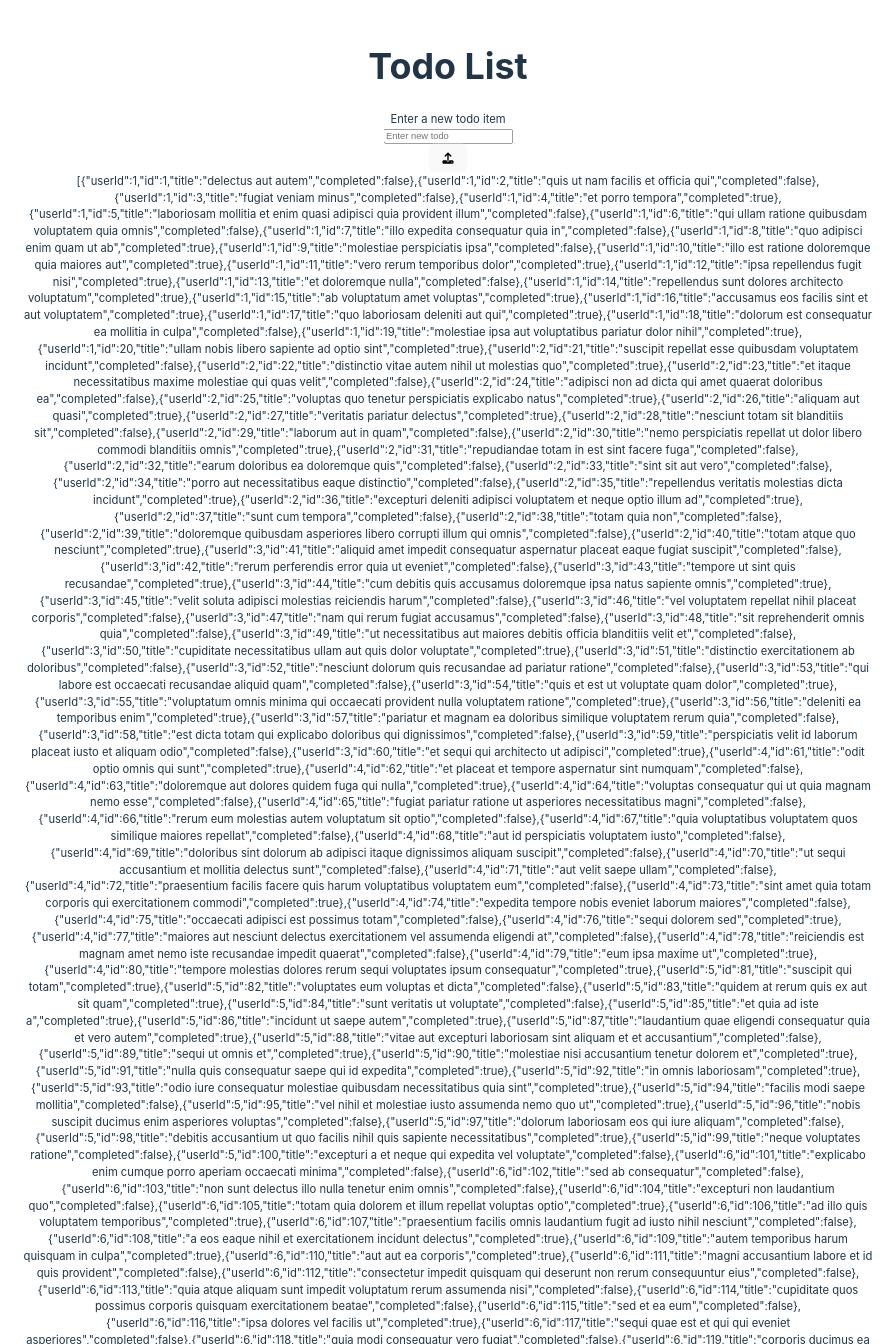
Repository: sinchana-P/rtk-query-todo
Page: /
The author's editor kept a copy of each file at every save. The page is drawn from the files as they stood at one save, then again after a run of saves.
The browser window is 1280 px wide. The pictures show the part of the page from y = 0 to 1920 px (the page is 3110 px tall before and 720 px after), at 70% of full size.
The project was rebuilt for these pictures with package versions that can differ from the ones it lists, and the page was loaded fresh each time. Requests to the local data server were answered from the project's data file. Also part of the build but not shown: vite.config.js.

Above is the page before, as saved 2023-11-29 07:45:47.

After the next 3 saves:
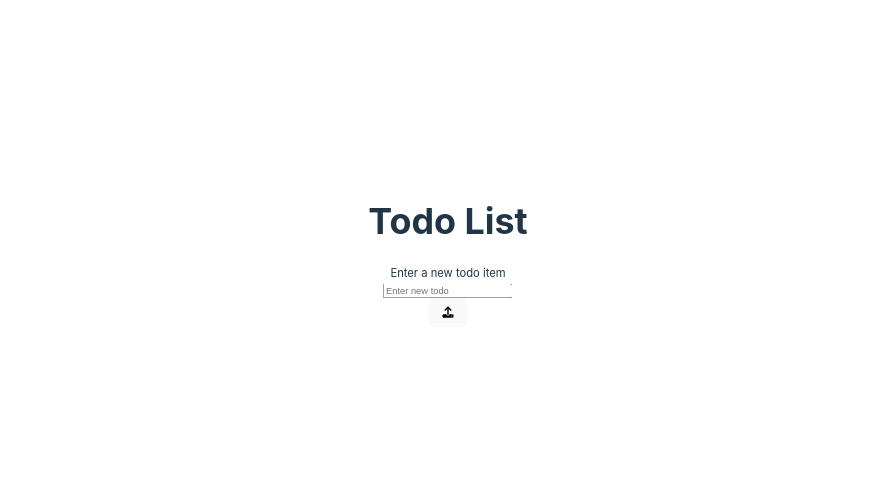
The 3 saves are shown as one change because they came seconds apart.
The last was saved 10 s later.
--- a/src/features/todos/TodoList.jsx
+++ b/src/features/todos/TodoList.jsx
@@ -74,7 +74,7 @@ const TodoList = () => {
         content = <p>Loading...</p>
     } else if (isSuccess) {
         // content = JSON.stringify(todos)
-        content = JSON.stringify(todos)
+        content = todos.map
     } else if (isError) {
         content = <p>{ error }</p>
     }
